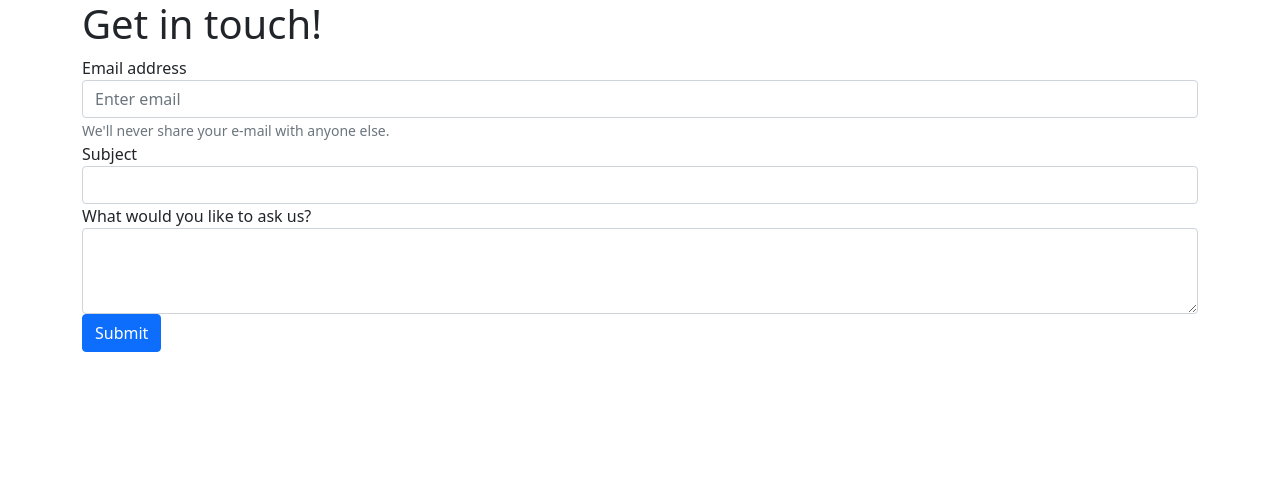
Repository: joyelmk/phpprojectgh
Page: http://localhost/contactform-miniproject.php
An editor plug-in stored every save of this project. The page is shown before and after the next save, followed by the edit.
The browser window is 1280 px wide. The pictures show the whole page.
The page is run by PHP 8.4 with error messages shown; the project is at /var/www/html/.

Above is the page before, as saved 2022-12-14 13:02:32.

### contactform-miniproject.php
<?php
$error = "";

$successMessage = "";

if($_POST) {
    if(!$_POST["email"]) {
        $error .= "An email address is required<br>";
    }

    if(!$_POST["content"]) {
        $error .= "The content field is required.<br>";
    }

    if(!$_POST["subject"]) {
        $error .= "The subject is required.<br>";
    }

    if($_POST["email"] && filter_var($_POST["email"], FILTER_VALIDATE_EMAIL) === false) {
        $error .= "The email address is invalid.<br>";
    }

    //check if there are errors

    if($error != "") {
        $error = '<div class="alert alert-danger" role="alert"><p>There were error(s) in your form:</p>' . $error . '</div>';
    }
    else {  //email address is good!
        $emailTo = "nithishk6765@gmail.com";
        $subject = $_POST['subject'];
        $content = $_POST['content'];
        $headers = "From: " . $_POST['email'];

        //try sending the mail
        if(mail($emailTo, $subject, $content, $headers)) {
            $successMessage = '<div class="alert alert-success" role="alert">Your message was sent, ' .
                            'we\'ll get back to you ASAP!</div>';
        }
        else {
            $error = '<div class="alert alert-danger" role="alert">Your message couldn\'t be sent - try again later</div>';
        }//end if mail function succeeded or failed
    }//end else for the if $error != ""

}//end if $_POST

?>


<!DOCTYPE html>

<html lang="en">
<head>
    <meta charset="utf-8">
    <meta name="viewport" content="width=device-width, initial-scale=1, shrink-to-fit=no">
    <meta http-equiv="x-ua-compatible" content="ie=edge">

    <link href="https://cdn.jsdelivr.net/npm/bootstrap@5.1.3/dist/css/bootstrap.min.css"
          rel="stylesheet"
          integrity="sha384-1BmE4kWBq78iYhFldvKuhfTAU6auU8tT94WrHftjDbrCEXSU1oBoqyl2QvZ6jIW3"
          crossorigin="anonymous">

</head>
<body>
    <div class="container">
        <h1>Get in touch!</h1>
        <div id="error"><?php echo $error.$successMessage; ?></div>

        <form method="post">
            <fieldset class="form-group">
                <label for="email">Email address </label>
                <input type="email" class="form-control" id="email" name="email" placeholder="Enter email">
                <small class="text-muted">We'll never share your e-mail with anyone else.</small>
            </fieldset>

            <fieldset class="form-group">
                <label for="subject">Subject </label>
                <input type="text" class="form-control" id="subject" name="subject">
            </fieldset>

            <fieldset class="form-group">
                <label for="content">What would you like to ask us?</label>
                <textarea class="form-control" id="content" name="content" rows="3"></textarea>
            </fieldset>

            <button type="submit" id="submit" class=" btn btn-primary">Submit</button>
        </form><!-- end of the form -->
    </div><!-- end of container div -->

    <script src="https://code.jquery.com/jquery-3.6.0.min.js"></script>
    <script src="https://cdn.jsdelivr.net/npm/bootstrap@5.1.3/dist/js/bootstrap.min.js"
            integrity="sha384-QJHtvGhmr9XOIpI6YVutG+2QOK9T+ZnN4kzFN1RtK3zEFEIsxhlmWl5/YESvpZ13"
            crossorigin="anonymous">
    </script>

    <script type="text/javascript">
        $("form").submit(function(e) {
            let error = "";

            if($("#email").val() == "") {
                error += "The email field is required<br>.";
            }

            if($("#subject").val() == "") {
                error += "The subject field is required.<br>";
            }

            if($("#content").val() == "") {
                error += "The content field is required.<br>";
            }
            //test if there was an error or not

            if(error != "") {
                $("#error").html('<div class="alert alert-danger"' +
                'role="alert"><p><strong>There were error(s) in your form:</strong></p>' + error + '</div>');

                return false;
            }
            else {  //no errors!
                return true;
            }//end if-else

        });
    </script>

</body>
</html>

After the next save:
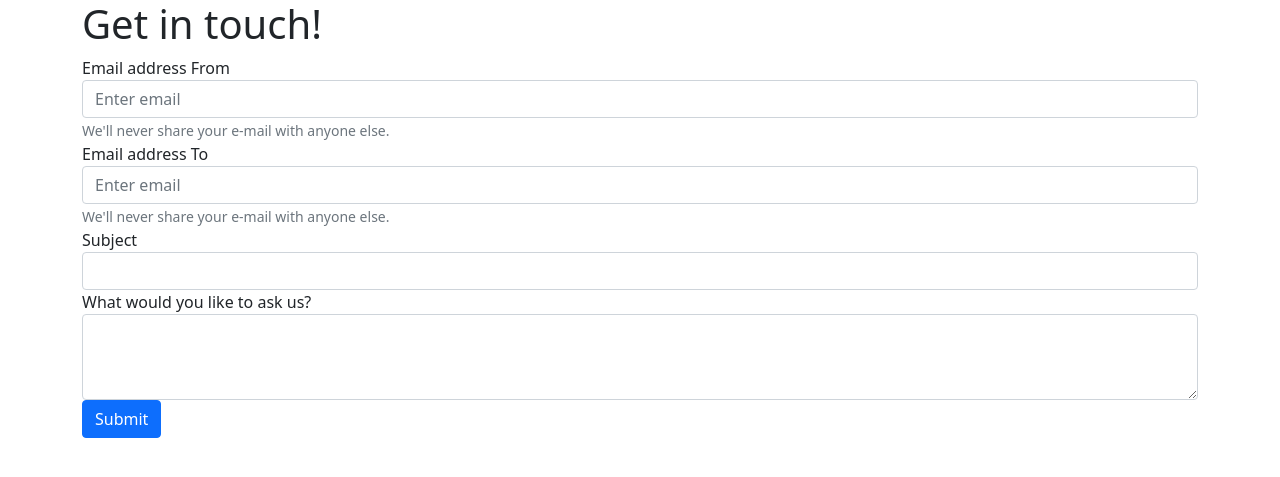
Saved 48 min 6 s later.
--- a/contactform-miniproject.php
+++ b/contactform-miniproject.php
@@ -26,7 +26,8 @@
         $error = '<div class="alert alert-danger" role="alert"><p>There were error(s) in your form:</p>' . $error . '</div>';
     }
     else {  //email address is good!
-        $emailTo = "nithishk6765@gmail.com";
+        // $emailTo = "joyelmkej3@gmail.com";
+        $emailTo = "To: " . $_POST['emailto'];
         $subject = $_POST['subject'];
         $content = $_POST['content'];
         $headers = "From: " . $_POST['email'];
@@ -67,7 +68,12 @@
 
         <form method="post">
             <fieldset class="form-group">
-                <label for="email">Email address </label>
+                <label for="email">Email address From </label>
+                <input type="email" class="form-control" id="email" name="emailto" placeholder="Enter email">
+                <small class="text-muted">We'll never share your e-mail with anyone else.</small>
+            </fieldset>
+              <fieldset class="form-group">
+                <label for="email">Email address To</label>
                 <input type="email" class="form-control" id="email" name="email" placeholder="Enter email">
                 <small class="text-muted">We'll never share your e-mail with anyone else.</small>
             </fieldset>
